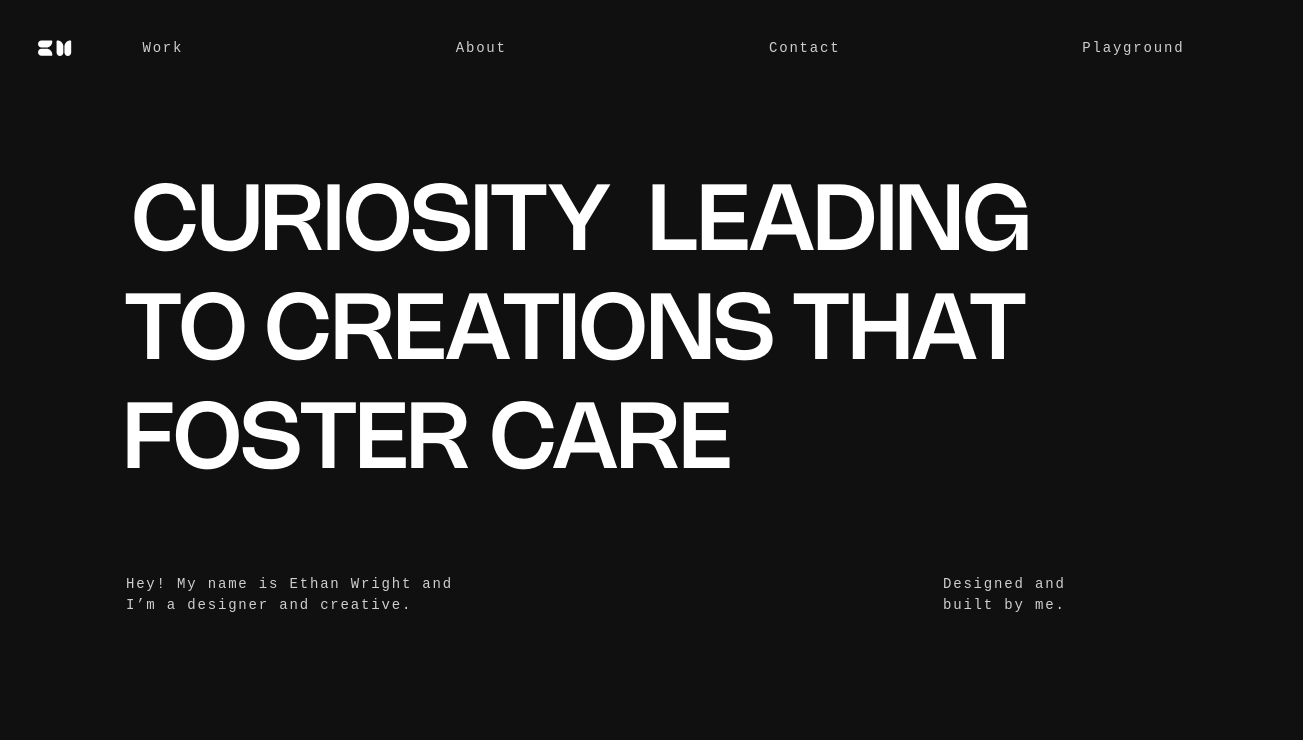
Repository: theethanwright/ethan_wright_portfolio
Page: home.html
These files come from the project's save history. The page is drawn as it stood at one moment and after the next save; the edit follows.
The browser window is 1280 px wide. The page is 1303 px wide, so the pictures cover 1303 px, including what lies to the right of the window. The pictures show the whole page.
Some web libraries are served in a nearby version.

Above is the page before, as saved 2023-12-24 23:22:58.

After the next save:
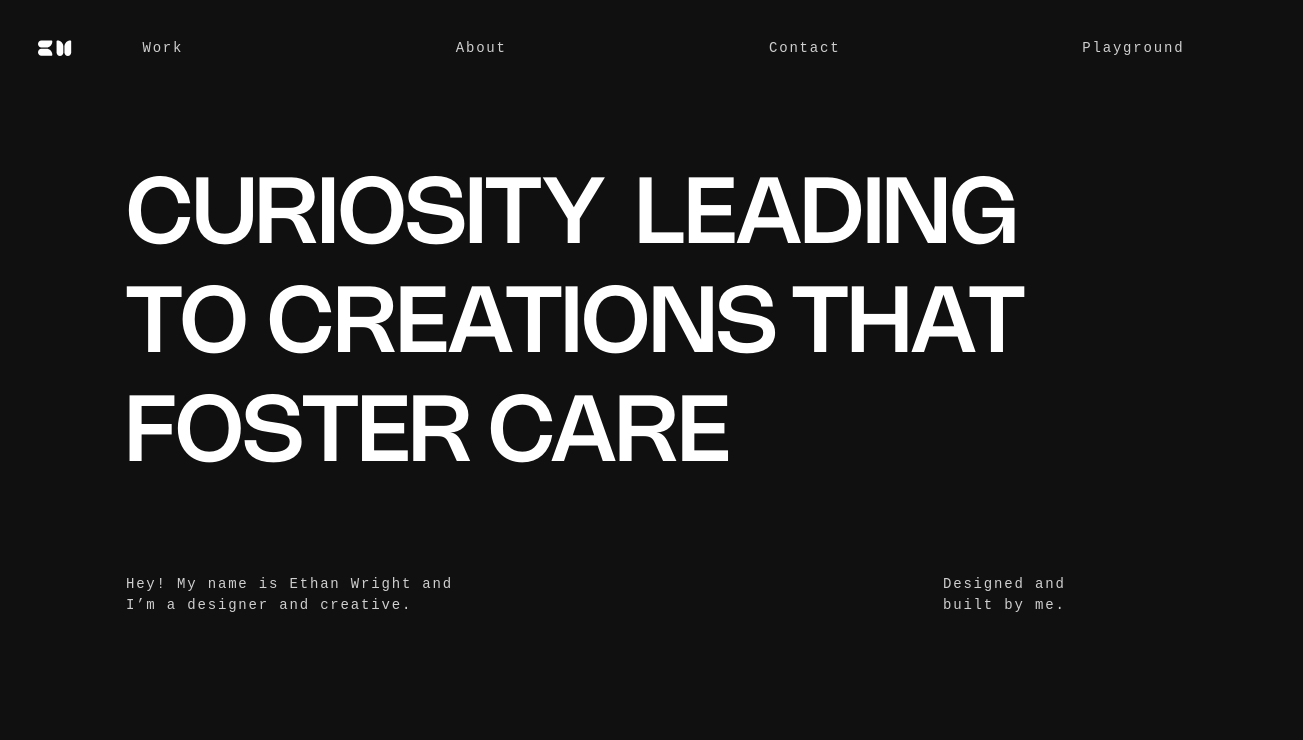
Console error: TypeError: Cannot read properties of undefined (reading 'index')
Saved 72 s later.
--- a/app.js
+++ b/app.js
@@ -112,6 +112,8 @@
       }
      );
 
+     Body.setVelocity(iBody, [1,1])
+
      function distance(x1, y1, x2, y2){
       var x = Math.abs(x1-x2)
       var y = Math.abs(y1-y2)
@@ -124,7 +126,6 @@
 
       if (scaleRate > 0) {
         Body.scale(iBody, 1 + (scaleRate * timeScale), 1 + (scaleRate * timeScale));
-        Body.setVelocity(iBody, [1,1])
       }
 
       if (engine.timing.timestamp - startTime >= randomTime &&

After the save that followed:
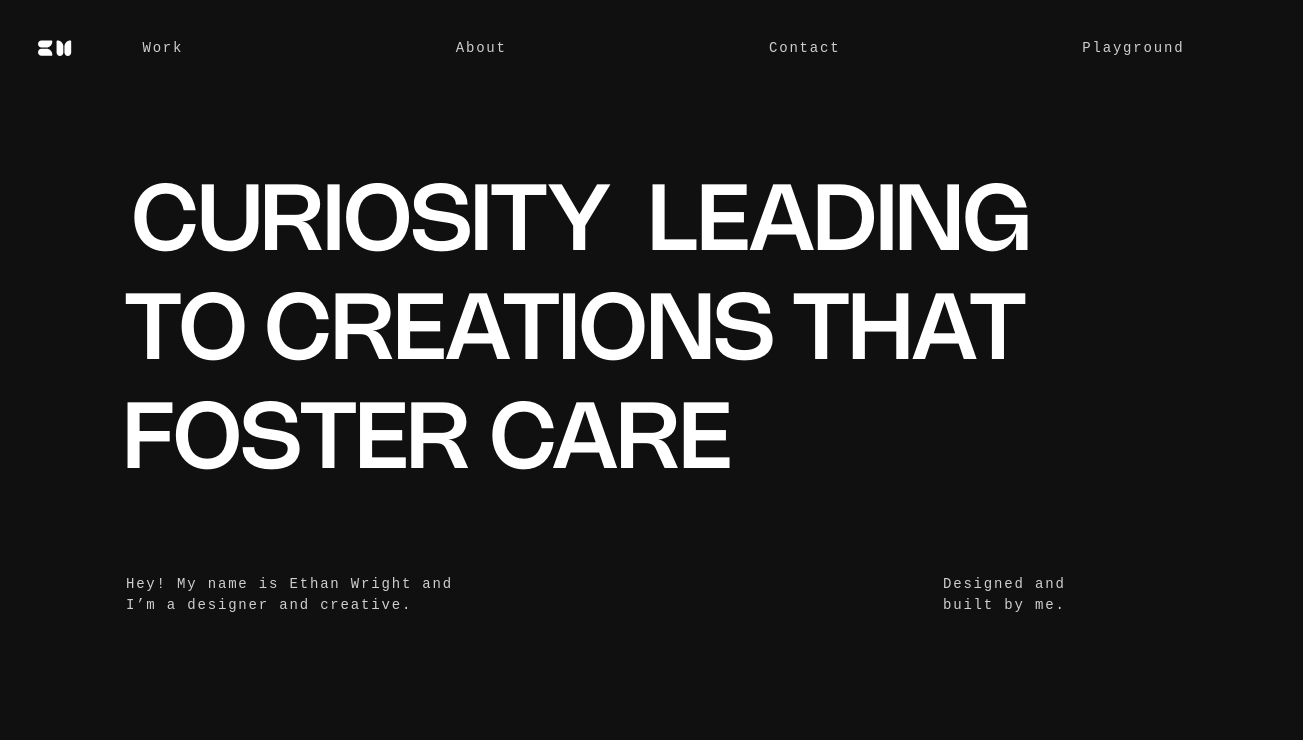
The error is gone.
Saved 60 s later.
--- a/app.js
+++ b/app.js
@@ -112,8 +112,6 @@
       }
      );
 
-     Body.setVelocity(iBody, [1,1])
-
      function distance(x1, y1, x2, y2){
       var x = Math.abs(x1-x2)
       var y = Math.abs(y1-y2)
@@ -126,6 +124,7 @@
 
       if (scaleRate > 0) {
         Body.scale(iBody, 1 + (scaleRate * timeScale), 1 + (scaleRate * timeScale));
+        Body.setVelocity(iBody, [1,1])
       }
 
       if (engine.timing.timestamp - startTime >= randomTime &&
